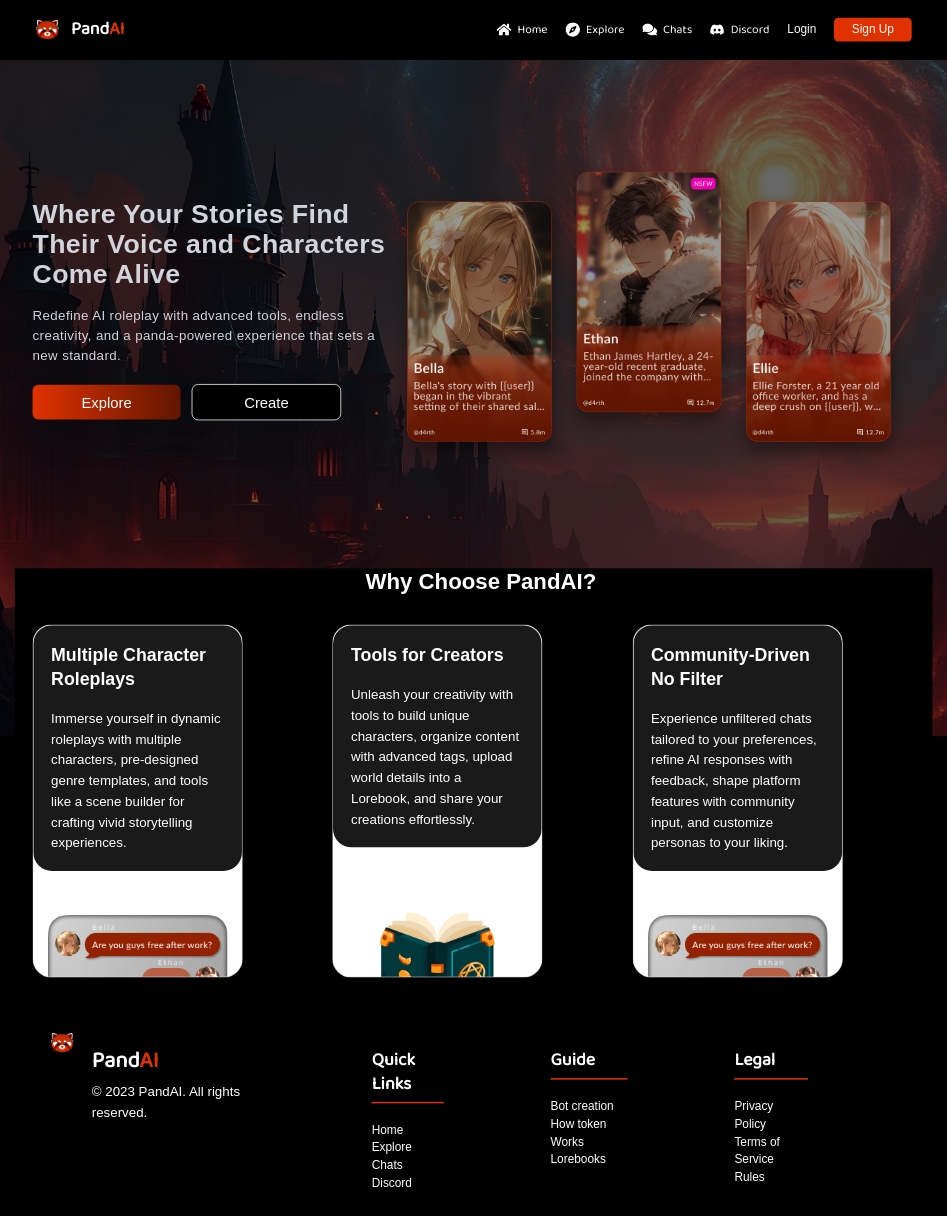
Repository: PandamoniumAI/Pandamonium
Page: /preview
The author's editor kept a copy of each file at every save. The page is drawn from the files as they stood at one save, then again after the next save.
The browser window is 1280 px wide. The pictures show the whole page, at 74% of full size.
Some web libraries are served in a nearby version. The project was rebuilt for these pictures with package versions that can differ from the ones it lists, and the page was loaded fresh each time. Also part of the build but not shown: vite.config.js, src/Utils/Utils.js, src/Components/SearchBar/SearchBar.jsx, src/Components/CSS/CharacterCard.css, src/Components/CharacterCard/CharacterCard.jsx, src/Components/CSS/CharacterCardModal.css, src/Components/CharacterCardModal/CharacterCardModal.jsx, src/Components/CSS/Tags.css and 15 more.

Above is the page before, as saved 2025-01-01 21:31:27.

### index.html
<!doctype html>
<html lang="en">
  <head>
    <meta charset="UTF-8" />
    <link rel="icon" type="image/svg+xml" href="/src/assets/animal.png"/>
    <meta name="viewport" content="width=device-width, initial-scale=1.0" />
    <title>Pandamonium</title>
    <link
      href="https://cdn.jsdelivr.net/npm/bootstrap@5.3.0-alpha1/dist/css/bootstrap.min.css"
      rel="stylesheet"
    />
    <link
      href="https://cdn.jsdelivr.net/npm/bootstrap-icons/font/bootstrap-icons.css"
      rel="stylesheet"
    />
    <link
      href="https://cdnjs.cloudflare.com/ajax/libs/animate.css/4.1.1/animate.min.css"
      rel="stylesheet"
    />
  </head>

  <body>
    <div id="root"></div>
    <script src="https://kit.fontawesome.com/68b5244ee4.js" crossorigin="anonymous"></script>
    <script src="https://cdn.jsdelivr.net/npm/react/umd/react.production.min.js"></script>
    <script src="https://cdn.jsdelivr.net/npm/react-dom/umd/react-dom.production.min.js"></script>
    <script type="module" src="/src/main.jsx"></script>
    <script src="https://cdn.jsdelivr.net/npm/bootstrap@5.3.0-alpha1/dist/js/bootstrap.bundle.min.js"></script>
  </body>
</html>

### src/App.jsx
import HomePage from "./Components/HomePage/HomePage.jsx";
import Chat from "./Components/Chat/Chat.jsx";
import Create from "./Components/Create/Create.jsx";
import Error from "./Components/Error/Error.jsx";
import { BrowserRouter as Router, Routes, Route } from "react-router-dom";
import Preview from "../src/Preview/Preview.jsx";
function App() {
  return (
    <Router>
      <Routes>
        <Route path="/" element={<HomePage />} />
        <Route path="/chat/:characterId" element={<Chat />} />
        <Route path="/create" element={<Create />} />
        <Route path="*" element={<Error />} />
        <Route path="/preview" element={<Preview />} />
      </Routes>
    </Router>
  );
}

export default App;

### src/Preview/Preview.jsx
import React from "react";
import Animal from "../assets/animal.png";
import "./Preview.css";
import "tailwindcss/tailwind.css";
import {FaHome, FaCompass, FaComments, FaDiscord} from "react-icons/fa";
import image from "../assets/image.png";
import Chatcard from "../assets/Chat Card.png";
import Book from "../assets/Magical Book World Illustration 1.png";
import Roleplay from "../assets/Chat Card (1).png";

export default function Preview() {
  const handleCardHover = (event, element) => {
    const rect = element.getBoundingClientRect();
    const x = (event.clientX - rect.left) / rect.width - 0.5; // Normalize between -0.5 to 0.5
    const y = (event.clientY - rect.top) / rect.height - 0.5;

    element.style.transform = `rotateX(${y * 10}deg) rotateY(${x * 10}deg) scale(1.05)`;
  };

  return (
    <div className="main">
      <div className="fixed top-0 left-0 w-full bg-black bg-opacity-40 p-4 z-50">
        <div className="flex justify-between items-center w-full max-w-screen-xl mx-auto px-4">
          <div
            className="flex items-center space-x-4 cursor-pointer"
            onClick={() => window.scrollTo({top: 0, behavior: "smooth"})}
          >
            <img className="w-8 h-8" src={Animal} alt="Logo" />
            <h1 className="text-2xl font-bold font-baloo text-white">
              Pand<span className="text-[#E03201]">AI</span>
            </h1>
          </div>

          <div className="flex items-center space-x-6">
            <button className="flex items-center text-white font-baloo hover:text-[#E03201] transition">
              <FaHome className="mr-2 text-xl" />
              Home
            </button>
            <button className="flex items-center text-white font-baloo hover:text-[#E03201] transition">
              <FaCompass className="mr-2 text-xl" />
              Explore
            </button>
            <button className="flex items-center text-white font-baloo hover:text-[#E03201] transition">
              <FaComments className="mr-2 text-xl" />
              Chats
            </button>
            <button className="flex items-center text-white font-baloo hover:text-[#E03201] transition">
              <FaDiscord className="mr-2 text-xl" />
              Discord
            </button>
            <button className="text-white hover:text-[#E03201] transition">
              Login
            </button>
            <button className="bg-[#E03201] text-white px-4 py-1 rounded-md hover:bg-[#b02501] transition">
              Sign Up
            </button>
          </div>
        </div>
      </div>

      <div className="preview-container relative p-6">
        <div className="Preview-text mt-[50px] absolute top-[200px]">
          <p className="text-4xl text-gray-300 font-bold mb-6 tracking-[0.5px] w-[500px]">
            Where Your Stories Find Their Voice and Characters Come Alive
          </p>
          <p className="text-[18px] text-gray-300 leading-[27px] tracking-[0.5px] w-[500px] mb-8">
            Redefine AI roleplay with advanced tools, endless creativity, and a
            panda-powered experience that sets a new standard.
          </p>
        </div>

        <div className="Buttons absolute top-[500px] flex space-x-4 mb-8">
          <button className="text-white text-xl h-[47px] w-[200px] rounded-lg shadow-2xl bg-gradient-to-r from-[#E03201] to-[#611600] transform hover:scale-105 transition-all duration-300 ease-in-out hover:shadow-orange-500/50 hover:shadow-lg">
            <span className="relative z-10">Explore</span>
          </button>
          <button
            className="create bg-black text-white text-xl h-[47px] w-[200px] rounded-lg shadow-2xl outline outline-1 hover:outline-none transition-all duration-300 ease-in-out transform hover:scale-105 hover:shadow-[#B22801]/50 hover:shadow-lg relative overflow-hidden group"
            style={{
              outlineImage:
                "linear-gradient(to right, #FFCBBB, #D07A5A, #A8382D, #611600)",
              outlineImageSlice: 1,
            }}
          >
            <span className="relative z-10">Create</span>
            <span className="absolute inset-0 bg-yellow-500 transform scale-x-0 group-hover:scale-x-100 transition-transform duration-300 origin-left"></span>
          </button>
        </div>

        <div className="absolute right-[30px] top-[200px]">
          <img src={image} alt="" />
        </div>
      </div>

      <div className="info px-6 relative bg-black" style={{ top: "700px" }}>
        <div className="infotext mb-8 text-white">
          <h1 className="text-3xl font-bold text-white ml-[450px]">
            Why Choose PandAI?
          </h1>

          <div className="cards grid grid-cols-1 md:grid-cols-3 gap-6 mt-10">
            {[
              "Multiple Character Roleplays",
              "Tools for Creators",
              "Community-Driven No Filter",
            ].map((title, index) => (
              <div
                key={index}
                className="card relative flex flex-col justify-between w-[284px] h-[477px] rounded-[25px] overflow-hidden"
                onMouseMove={(e) => handleCardHover(e, e.currentTarget)}
              >
                <div
                  className="absolute inset-0 -z-10 rounded-[25px]"
                  style={{
                    background:
                      "linear-gradient(135deg, #BF18C2, #6B1C8F, #1D0375)",
                    position: "absolute",
                    top: 0,
                    left: 0,
                    right: 0,
                    bottom: 0,
                    borderRadius: "25px",
                    padding: "2px",
                  }}
                />
                <div className="content p-6 bg-[#1A1A1A] flex flex-col justify-between h-full rounded-[25px]">
                  <h2 className="text-2xl font-semibold mb-4 text-white">
                    {title}
                  </h2>
                  <p className="text-lg text-white">
                    {index === 0
                      ? "Immerse yourself in dynamic roleplays with multiple characters, pre-designed genre templates, and tools like a scene builder for crafting vivid storytelling experiences."
                      : index === 1
                        ? "Unleash your creativity with tools to build unique characters, organize content with advanced tags, upload world details into a Lorebook, and share your creations effortlessly."
                        : "Experience unfiltered chats tailored to your preferences, refine AI responses with feedback, shape platform features with community input, and customize personas to your liking."}
                  </p>
                </div>
                <div className="image-container mt-4">
                  {index === 0 ? (
                    <img
                      src={Chatcard}
                      alt="Roleplay"
                      className="w-full rounded-[25px]"
                    />
                  ) : index === 1 ? (
                    <img
                      src={Book}
                      alt="Creator Tools"
                      className="w-full rounded-[25px]"
                    />
                  ) : (
                    <img
                      src={Roleplay}
                      alt="Community"
                      className="w-full rounded-[25px]"
                    />
                  )}
                </div>
              </div>
            ))}
          </div>

          <div className="Footer bg-black py-8 flex items-start pl-6 mt-10">
  <img className="w-8 h-8 mr-6 mb-4" src={Animal} alt="Logo" />
  <div className="flex flex-col mr-36 mt-6">
    <h1 className="text-3xl font-bold font-baloo text-white">
      Pand<span className="text-[#E03201]">AI</span>
    </h1>
    <p className="text-white mt-2 text-lg">
      © 2023 PandAI. All rights reserved.
    </p>
  </div>

  <div className="Quicklinks mr-36 mt-6">
    <h1 className="text-2xl font-bold font-baloo text-white border-b-2 border-[#E03201] pb-2">
      Quick Links
    </h1>
    <ul className="list-none pl-0 mt-4">
      <li className="text-white hover:text-[#E03201] transition duration-300">
        <a href="#">Home</a>
      </li>
      <li className="text-white hover:text-[#E03201] transition duration-300">
        <a href="#">Explore</a>
      </li>
      <li className="text-white hover:text-[#E03201] transition duration-300">
        <a href="#">Chats</a>
      </li>
      <li className="text-white hover:text-[#E03201] transition duration-300">
        <a href="#">Discord</a>
      </li>
    </ul>
  </div>

  <div className="guide mr-36 mt-6">
    <h1 className="text-2xl font-bold font-baloo text-white border-b-2 border-[#E03201] pb-2">
      Guide
    </h1>
    <ul className="list-none pl-0 mt-4">
      <li className="text-white hover:text-[#E03201] transition duration-300">
        <a href="#">Bot creation</a>
      </li>
      <li className="text-white hover:text-[#E03201] transition duration-300">
        <a href="#">How token Works</a>
      </li>
      <li className="text-white hover:text-[#E03201] transition duration-300">
        <a href="#">Lorebooks</a>
      </li>
    </ul>
  </div>

  <div className="legal mr-36 mt-6">
    <h1 className="text-2xl font-bold font-baloo text-white border-b-2 border-[#E03201] pb-2">
      Legal
    </h1>
    <ul className="list-none pl-0 mt-4">
      <li className="text-white hover:text-[#E03201] transition duration-300">
        <a href="#">Privacy Policy</a>
      </li>
      <li className="text-white hover:text-[#E03201] transition duration-300">
        <a href="#">Terms of Service</a>
      </li>
      <li className="text-white hover:text-[#E03201] transition duration-300">
        <a href="#">Rules</a>
      </li>
    </ul>
  </div>
</div>


        </div>
      </div>
    </div>
  );
}

### src/Components/Chat/ExtraCss.css
/* ExtraCss.css */

/* General Styles */
body {
    margin: 0;
    padding: 0;
    font-family: Arial, sans-serif;
    background-color: #121212;
    color: #ffffff;
  }

  /* Chat Container */
  .d-flex {
    display: flex;
  }

  .flex-column {
    flex-direction: column;
  }

  .h-100 {
    height: 100%;
  }

  .bg-dark {
    background-color: #181818;
  }

  .text-white {
    color: #ffffff;
  }

  .border-secondary {
    border-color: #444;
  }

  .border-top {
    border-top: 1px solid;
  }

  .border-bottom {
    border-bottom: 1px solid;
  }

  .overflow-hidden {
    overflow: hidden;
  }

  .overflow-auto {
    overflow: auto;
  }

  /* Chat Header */
  .p-3 {
    padding: 1rem;
  }

  .align-items-center {
    align-items: center;
  }

  .space-x-4 > * + * {
    margin-left: 1rem;
  }

  /* Avatar */
  img.rounded-circle {
    border-radius: 50%;
    cursor: pointer;
  }

  /* Message Bubbles */
  .bg-secondary {
    background-color: #2a2a2a;
  }

  .p-3 {
    padding: 1rem;
  }

  .rounded-lg {
    border-radius: 1rem;
  }

  .shadow-lg {
    box-shadow: 0px 4px 10px rgba(0, 0, 0, 0.2);
  }

  .text-muted {
    color: #aaaaaa;
  }

  /* Input Field */
  input {
    outline: none;
  }

  input::placeholder {
    color: #aaaaaa;
  }

  .border-0 {
    border: none;
  }

  .flex-grow-1 {
    flex-grow: 1;
  }

  .shadow-lg {
    box-shadow: 0px 4px 10px rgba(0, 0, 0, 0.2);
  }

  /* Buttons */
  button {
    cursor: pointer;
  }

  button:disabled {
    opacity: 0.6;
    cursor: not-allowed;
  }

  .btn {
    display: inline-flex;
    justify-content: center;
    align-items: center;
    padding: 0.5rem;
    border: none;
    border-radius: 0.5rem;
    transition: background-color 0.3s ease, transform 0.2s ease;
  }

  .btn:hover:not(:disabled) {
    background-color: #555;
    transform: translateY(-2px);
  }

  .btn-light {
    background-color: #444;
    color: #fff;
  }

  .btn-primary {
    background-color: #007bff;
    color: #fff;
  }

  .btn-primary:hover:not(:disabled) {
    background-color: #0056b3;
  }

  /* Typing Animation */
  .animate-pulse {
    animation: pulse 1.5s infinite;
  }

  @keyframes pulse {
    0%, 100% {
      opacity: 1;
    }
    50% {
      opacity: 0.5;
    }
  }

  /* Smooth Fade-In */
  @keyframes fadeIn {
    from {
      opacity: 0;
      transform: translateY(10px);
    }
    to {
      opacity: 1;
      transform: translateY(0);
    }
  }

  /* Scrollbar Styles */
  .overflow-auto::-webkit-scrollbar {
    width: 6px;
  }

  .overflow-auto::-webkit-scrollbar-thumb {
    background-color: #444;
    border-radius: 10px;
  }

  .overflow-auto::-webkit-scrollbar-track {
    background-color: transparent;
  }

  .ReactModal__Overlay {
    opacity: 0;
    transition: opacity 0.3s ease-in-out;
  }
  .ReactModal__Overlay--after-open {
    opacity: 1;
  }
  .ReactModal__Overlay--before-close {
    opacity: 0;
  }

### src/Preview/Preview.css
@tailwind base;
@tailwind components;
@tailwind utilities;

@font-face {
    font-family: 'BalooDa2';
    src: url('../assets/Fonts/BalooDa2-Regular.ttf') format('truetype');
    font-weight: 400;
    font-style: normal;
}

body {
    position: relative;
    background-color: #000;
    min-height: 100vh;
    margin: 0;
    display: flex;
    flex-direction: column;
}

body::before {
    content: '';
    position: absolute;
    top: 0;
    left: 0;
    right: 0;
    bottom: 0;
    background-image: url('../../src/assets/Castle.jpg');
    background-size: cover;
    background-position: center;
    opacity: 0.4;
    z-index: -1;
}

### src/Components/Chat/Sidebar/styles.css
.floating-btn {
  position: absolute;
  top: 50%;
  left: 20px;
  cursor: pointer;
  z-index: 999;
  width: 64px;
  height: 64px;
  background-color: transparent;
  border: none;
  border-radius: 50%;
  transition: left 0.6s ease, transform 0.3s ease;
  box-shadow: none; /* Removed shadow */
}

.floating-btn.open {
  left: calc(240px + 20px);
}

.floating-btn.closed {
  left: 20px;
}

.sidebar {
  position: fixed;
  top: 0;
  left: 0;
  height: 100vh;
  background-color: #333;
  transition: width 0.5s ease-in-out;
  overflow: hidden;
  border-radius: 0 20px 20px 0;
}

.sidebar.open {
  width: 240px;
}

.sidebar.closed {
  width: 0;
}

.panda-image {
  transition: transform 0.5s ease, transform-origin 0.5s ease;
}

.panda-image:hover {
  transform: rotate(360deg); /* Full 360° rotation on hover */
  transform-origin: center;
}

.floating-btn:hover img {
  transform: rotate(360deg); /* Rotate the image smoothly when hovering over it */
  transition: transform 0.6s ease-in-out;
}

/* Reverse rotation when mouse leaves */
.floating-btn img {
  transition: transform 0.6s ease-out;
}

.floating-btn img:hover {
  animation: pandaRotate 0.6s forwards;
}

@keyframes pandaRotate {
  0% {
      transform: rotate(0deg);
  }
  100% {
      transform: rotate(360deg);
  }
}

.floating-btn img:not(:hover) {
  animation: reversePandaRotate 0.6s forwards;
}

@keyframes reversePandaRotate {
  0% {
      transform: rotate(360deg);
  }
  100% {
      transform: rotate(0deg);
  }
}

#pandaBtn {
  transition: transform 0.6s ease-in-out;
}

@media (max-width: 768px) {
  .sidebar {
      display: none;
  }

  .floating-btn {
      left: 20px;
  }
}

Loaded but not shown: src/main.jsx (common file); tailwind.config.js (14 lines, source omitted); src/Components/CSS/HomePage.css (319 lines, source omitted); src/Components/CSS/Create.css (171 lines, source omitted)

After the next save:
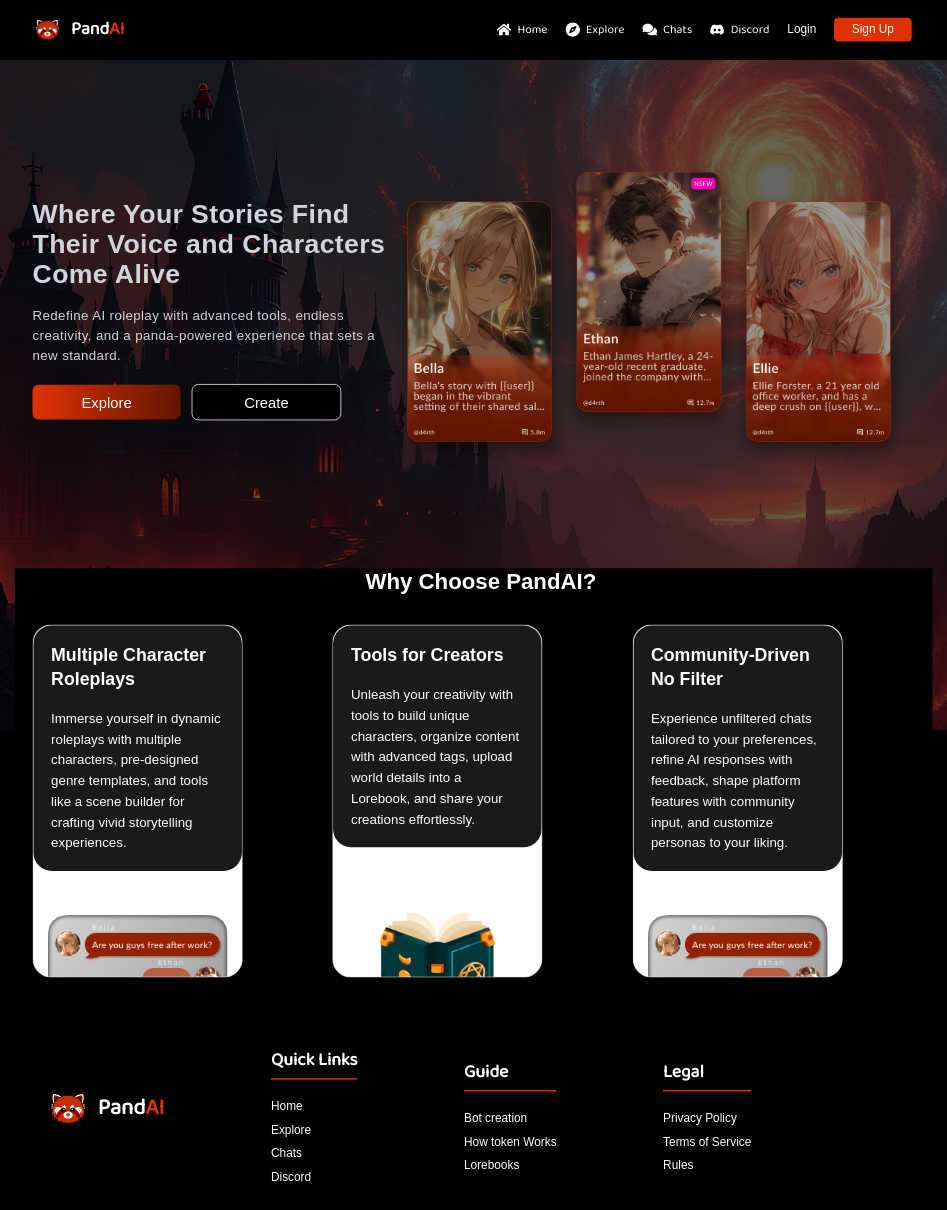
Saved 76 s later.
--- a/src/Preview/Preview.jsx
+++ b/src/Preview/Preview.jsx
@@ -159,32 +159,29 @@
             ))}
           </div>
 
-          <div className="Footer bg-black py-8 flex items-start pl-6 mt-10">
-  <img className="w-8 h-8 mr-6 mb-4" src={Animal} alt="Logo" />
-  <div className="flex flex-col mr-36 mt-6">
+          <div className="Footer bg-black py-8 px-6 mt-10 flex items-center justify-start space-x-36">
+  <div className="flex items-center">
+    <img className="w-12 h-12 mr-4 transform transition duration-300 hover:scale-110" src={Animal} alt="Logo" />
     <h1 className="text-3xl font-bold font-baloo text-white">
       Pand<span className="text-[#E03201]">AI</span>
     </h1>
-    <p className="text-white mt-2 text-lg">
-      © 2023 PandAI. All rights reserved.
-    </p>
   </div>
 
   <div className="Quicklinks mr-36 mt-6">
     <h1 className="text-2xl font-bold font-baloo text-white border-b-2 border-[#E03201] pb-2">
       Quick Links
     </h1>
-    <ul className="list-none pl-0 mt-4">
-      <li className="text-white hover:text-[#E03201] transition duration-300">
+    <ul className="list-none pl-0 mt-4 space-y-2">
+      <li className="text-white hover:text-[#E03201] transition duration-300 transform hover:translate-x-2">
         <a href="#">Home</a>
       </li>
-      <li className="text-white hover:text-[#E03201] transition duration-300">
+      <li className="text-white hover:text-[#E03201] transition duration-300 transform hover:translate-x-2">
         <a href="#">Explore</a>
       </li>
-      <li className="text-white hover:text-[#E03201] transition duration-300">
+      <li className="text-white hover:text-[#E03201] transition duration-300 transform hover:translate-x-2">
         <a href="#">Chats</a>
       </li>
-      <li className="text-white hover:text-[#E03201] transition duration-300">
+      <li className="text-white hover:text-[#E03201] transition duration-300 transform hover:translate-x-2">
         <a href="#">Discord</a>
       </li>
     </ul>
@@ -194,14 +191,14 @@
     <h1 className="text-2xl font-bold font-baloo text-white border-b-2 border-[#E03201] pb-2">
       Guide
     </h1>
-    <ul className="list-none pl-0 mt-4">
-      <li className="text-white hover:text-[#E03201] transition duration-300">
+    <ul className="list-none pl-0 mt-4 space-y-2">
+      <li className="text-white hover:text-[#E03201] transition duration-300 transform hover:translate-x-2">
         <a href="#">Bot creation</a>
       </li>
-      <li className="text-white hover:text-[#E03201] transition duration-300">
+      <li className="text-white hover:text-[#E03201] transition duration-300 transform hover:translate-x-2">
         <a href="#">How token Works</a>
       </li>
-      <li className="text-white hover:text-[#E03201] transition duration-300">
+      <li className="text-white hover:text-[#E03201] transition duration-300 transform hover:translate-x-2">
         <a href="#">Lorebooks</a>
       </li>
     </ul>
@@ -211,14 +208,14 @@
     <h1 className="text-2xl font-bold font-baloo text-white border-b-2 border-[#E03201] pb-2">
       Legal
     </h1>
-    <ul className="list-none pl-0 mt-4">
-      <li className="text-white hover:text-[#E03201] transition duration-300">
+    <ul className="list-none pl-0 mt-4 space-y-2">
+      <li className="text-white hover:text-[#E03201] transition duration-300 transform hover:translate-x-2">
         <a href="#">Privacy Policy</a>
       </li>
-      <li className="text-white hover:text-[#E03201] transition duration-300">
+      <li className="text-white hover:text-[#E03201] transition duration-300 transform hover:translate-x-2">
         <a href="#">Terms of Service</a>
       </li>
-      <li className="text-white hover:text-[#E03201] transition duration-300">
+      <li className="text-white hover:text-[#E03201] transition duration-300 transform hover:translate-x-2">
         <a href="#">Rules</a>
       </li>
     </ul>
